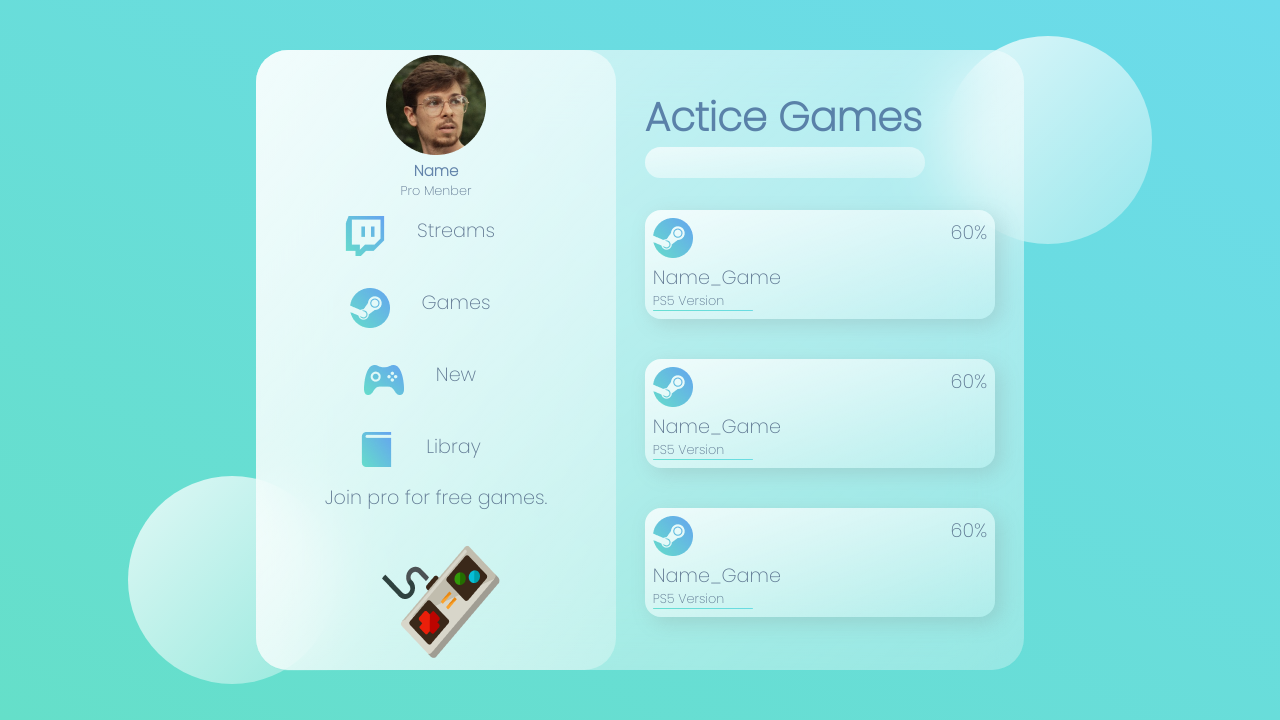
Repository: ServerK001/HomeGamer
Page: /
An editor plug-in stored every save of this project. The page is shown before and after the next save, followed by the edit.
The browser window is 1280 px wide. The pictures show the whole page.
The project was rebuilt for these pictures with package versions that can differ from the ones it lists, and the page was loaded fresh each time.

Above is the page before, as saved 2021-12-28 14:29:26.

After the next save:
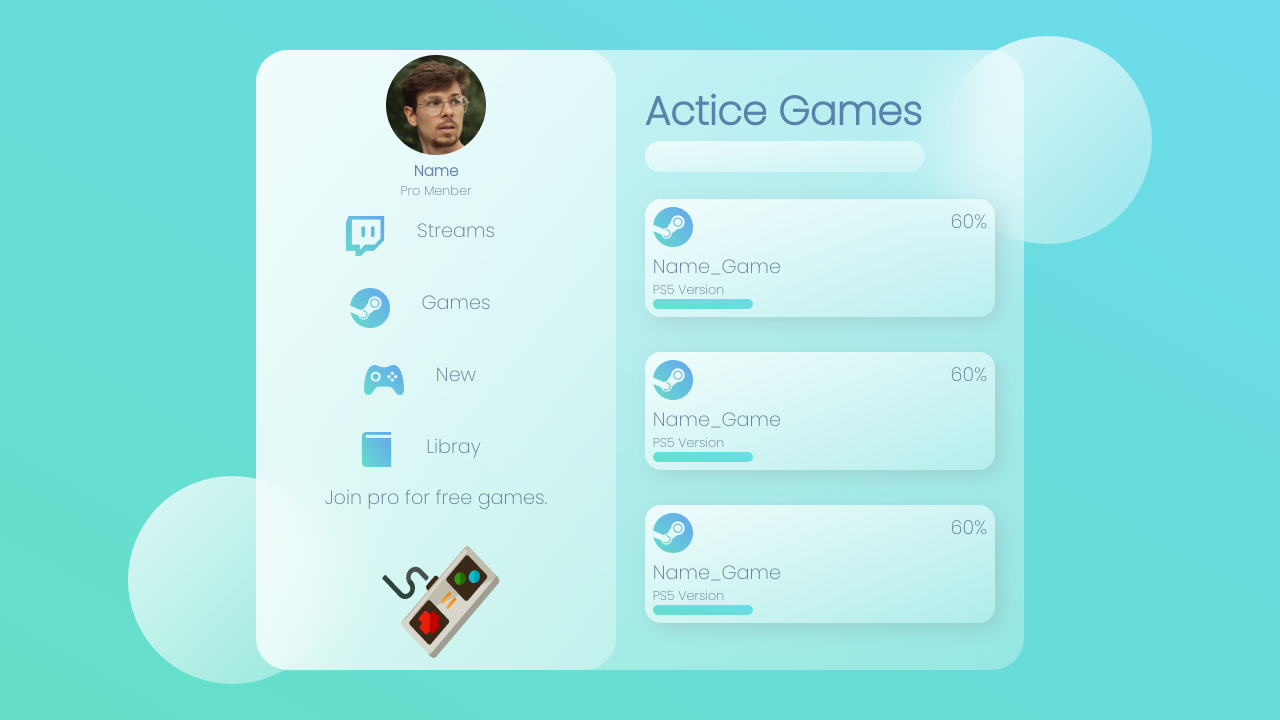
Saved 11 s later.
--- a/src/components/header/GamesProgress/cardsGames/styles.scss
+++ b/src/components/header/GamesProgress/cardsGames/styles.scss
@@ -12,7 +12,7 @@
 .progress {
     background: linear-gradient(to right top, #65dfc9, #6cdbeb);
     width: 100px;
-    height: 1px;
+    height: 10px;
     border-radius: 1rem;
     position: relative;
     overflow: hidden;
